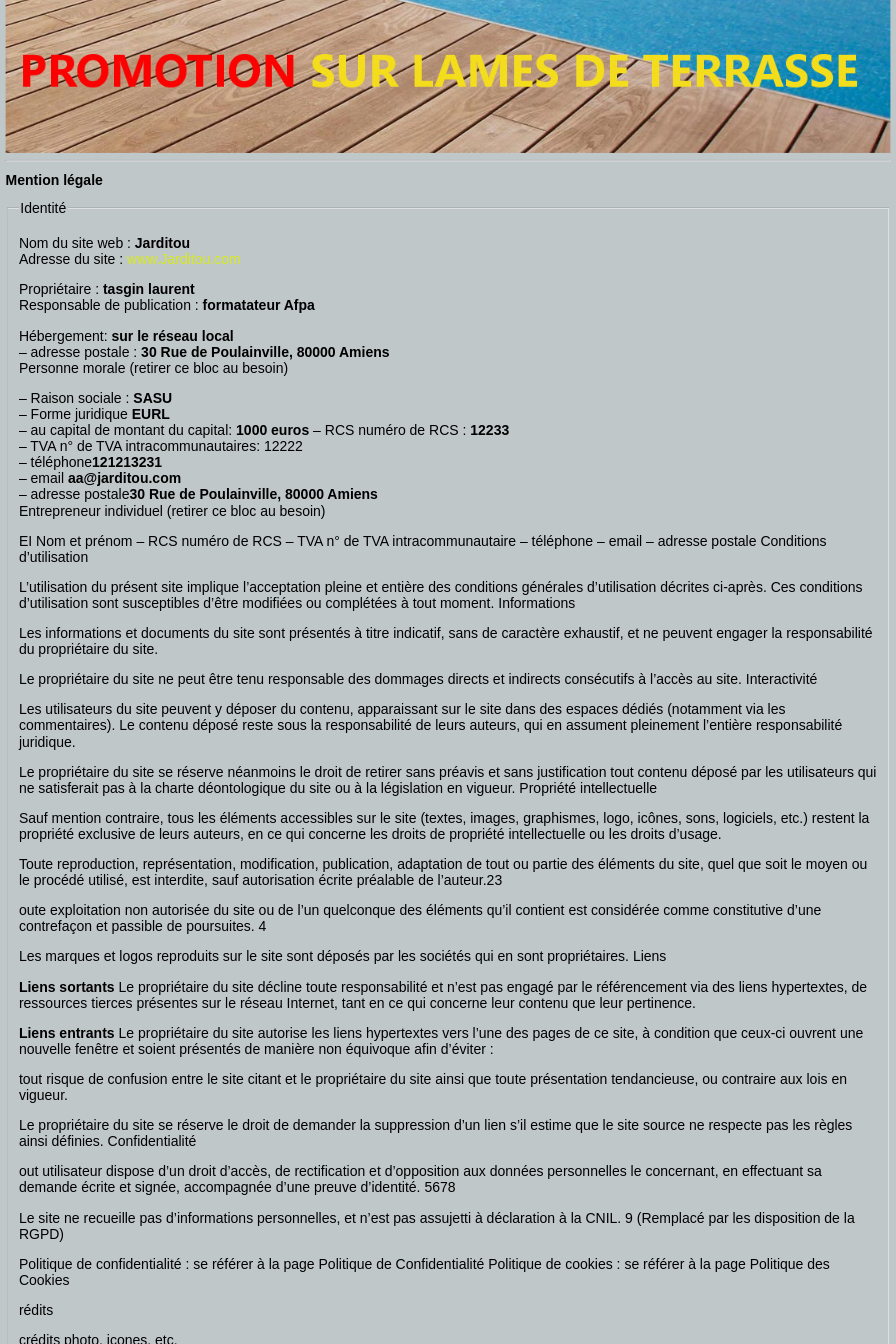
Repository: laurentbul/jarditou
Page: javascript/mentionlegale.html
These files come from the project's save history. The page is drawn as it stood at one moment and after the next save; the edit follows.
The browser window is 1280 px wide. The pictures show the part of the page from y = 488 to 2408 px (the page is 2794 px tall before and 2825 px after), at 70% of full size.

Above is the page before, as saved 2022-12-15 02:20:24.

After the next save:
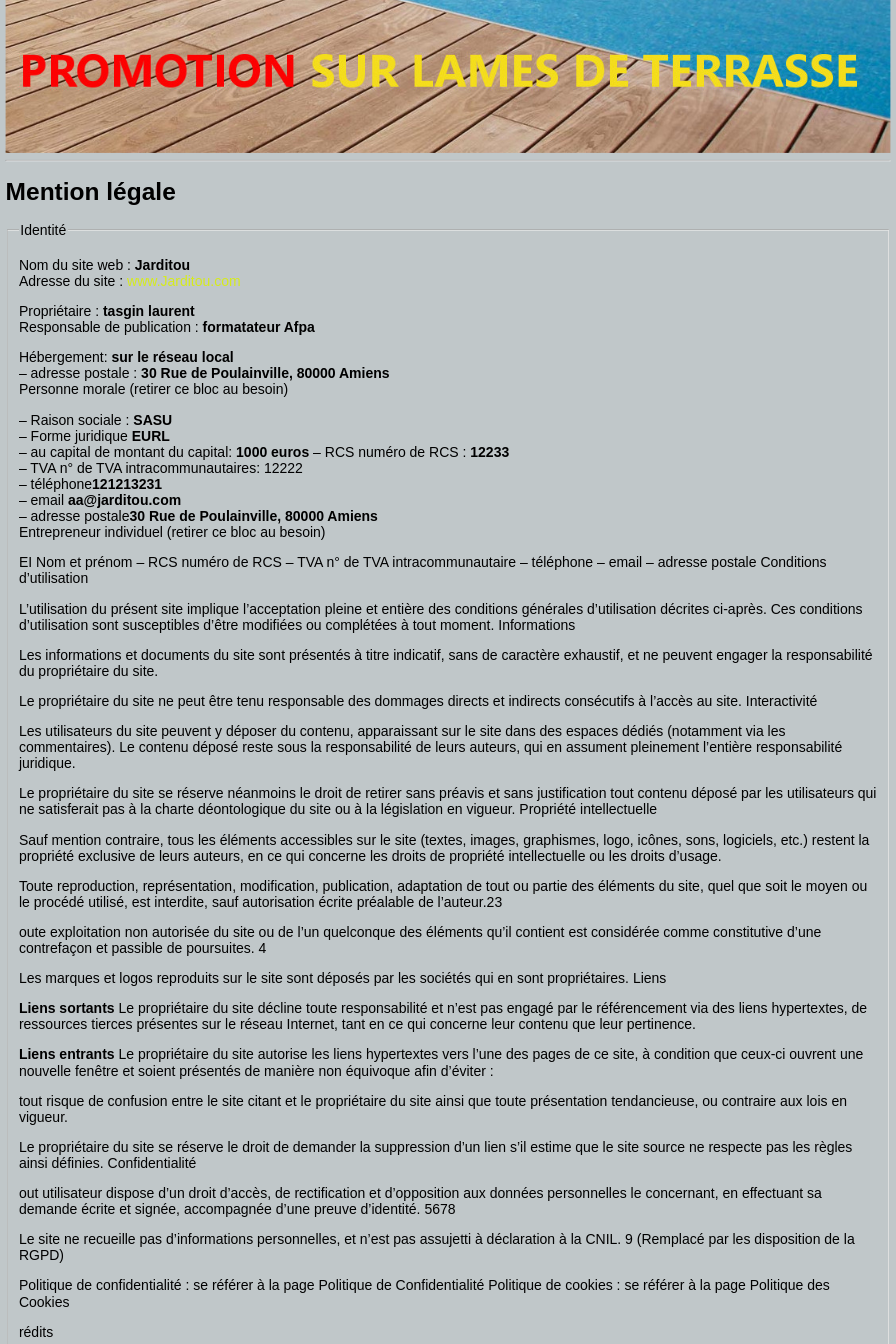
Saved 21 s later.
--- a/javascript/mentionlegale.html
+++ b/javascript/mentionlegale.html
@@ -35,7 +35,7 @@
 
   <img src="./assets/img/promotion.jpg" alt="qu'est ce que html" class="imgpromotion" title="promotion jarditou" />
   <hr />
-  <h2>Mention légale</h2>
+  <h1>Mention légale</h1>
   <fieldset>
     <legend>Identité</legend>
 
